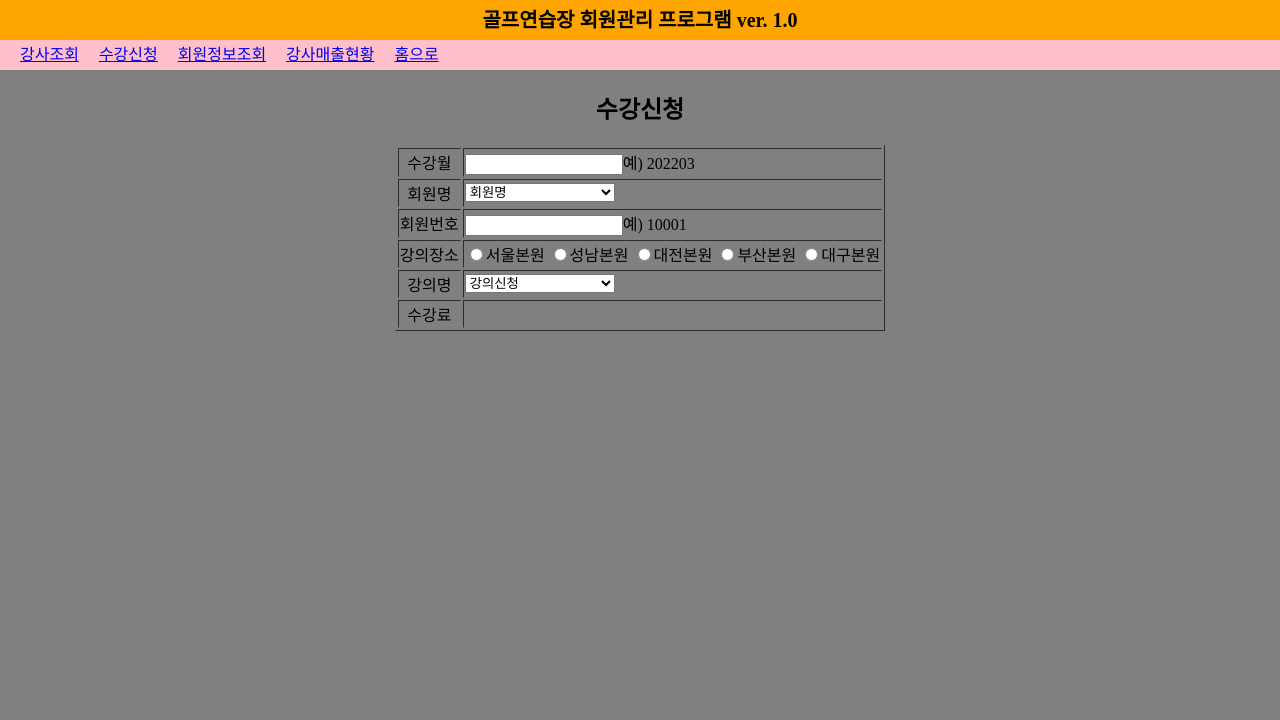
Repository: leesuyeon116/HRD_3
Page: http://localhost/HRD_0505/insert.jsp
These files come from the project's save history. The page is drawn as it stood at one moment and after the next save; the edit follows.
The browser window is 1280 px wide. The pictures show the whole page.
The page is served by Tomcat 9.

Above is the page before, as saved 2024-05-05 16:05:15.
Console error: SyntaxError: Unexpected end of input

After the next save:
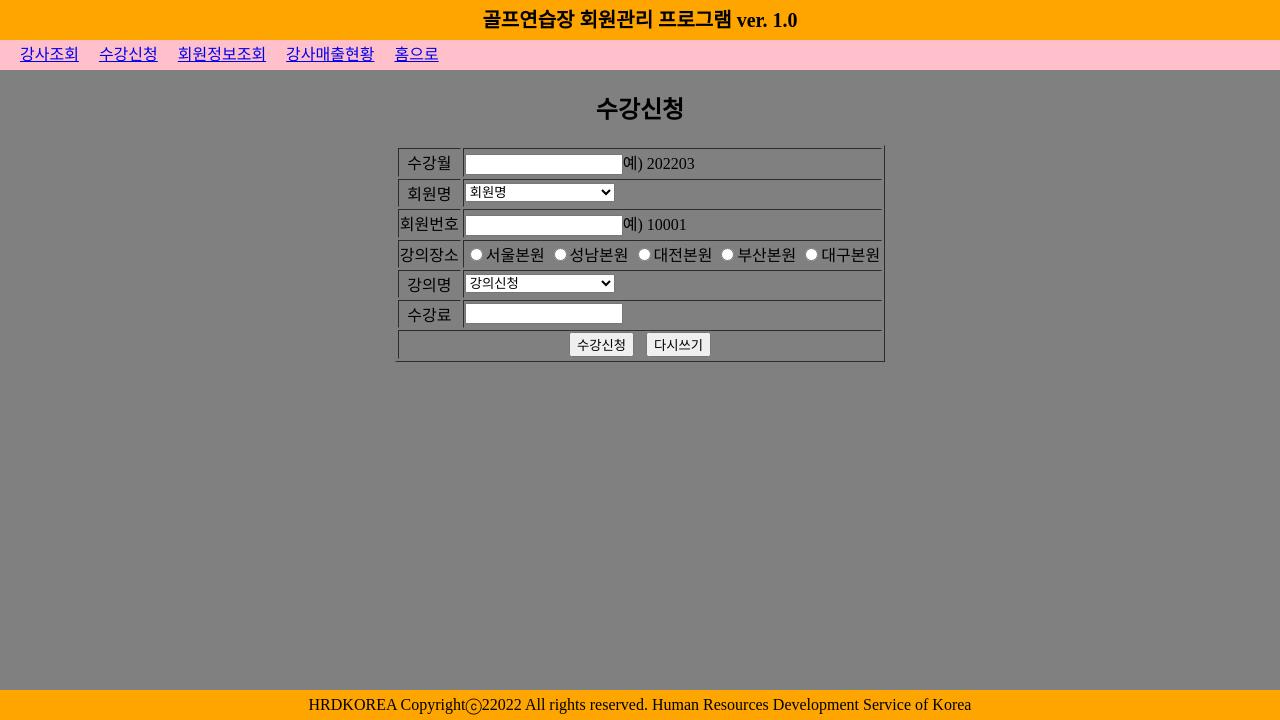
Saved 21 s later.
--- a/workspace/HRD_0505/src/main/webapp/insert.jsp
+++ b/workspace/HRD_0505/src/main/webapp/insert.jsp
@@ -63,7 +63,7 @@
 
 			<tr>
 				<td style="text-align: center">수강료</td>
-				<td><input id='tuition" name="tuition" style="width: 150px">원</td>
+				<td><input id="tuition" name="tuition" style="width: 150px"></td>
 			</tr>
 
 			<tr>
